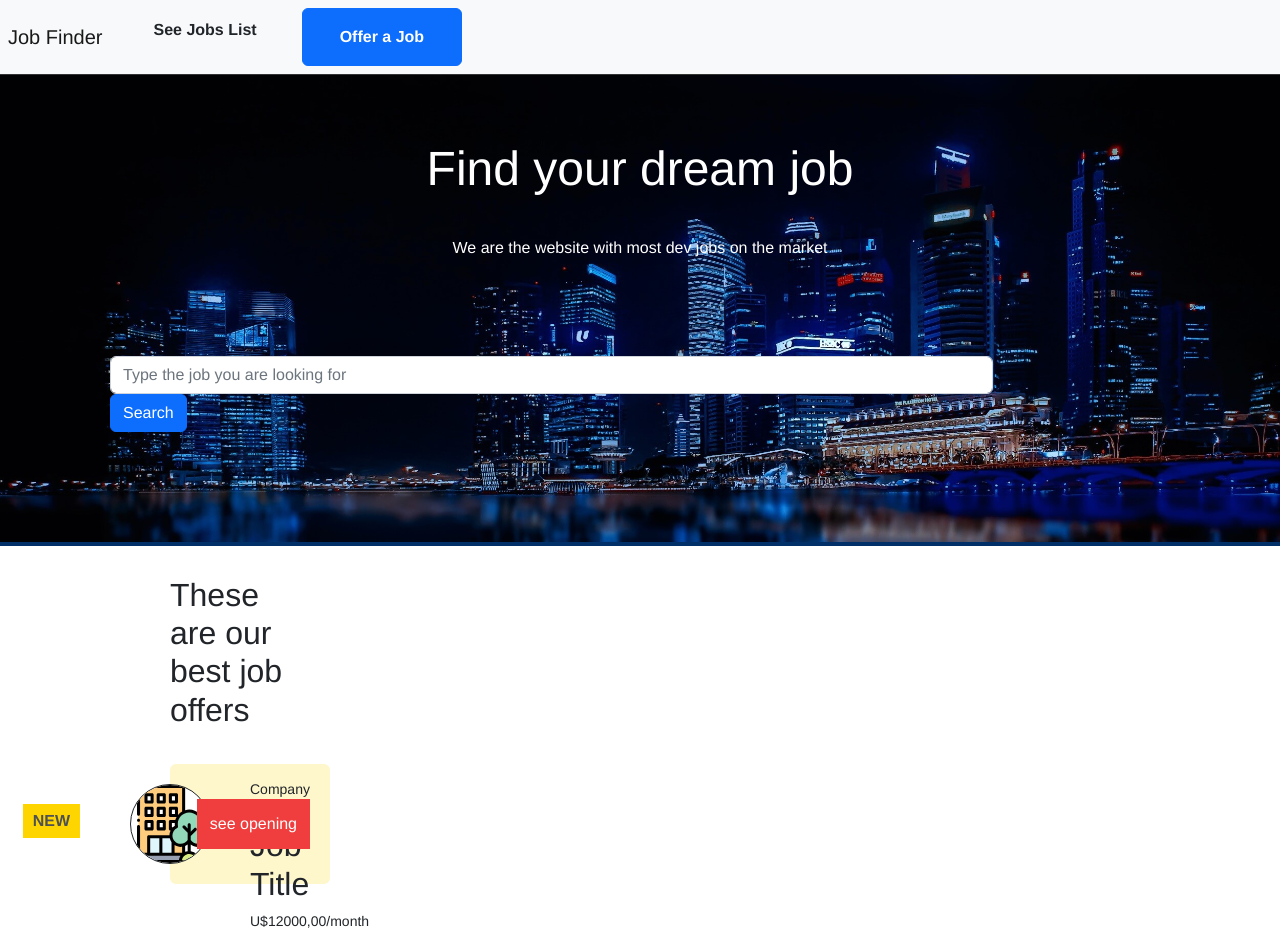
Repository: doncsar/couse-jobfinder-app
Page: templates/index.html
These files come from the project's save history. The page is drawn as it stood at one moment and after the next save; the edit follows.
The browser window is 1280 px wide. The pictures show the whole page.

Above is the page before, as saved 2023-12-20 19:19:13.

### templates/index.html
<!DOCTYPE html>
<html lang="en">
   <head>
      <meta charset="UTF-8" />
      <meta name="viewport" content="width=device-width, initial-scale=1.0" />
      <title>Job Finder</title>
      <link
         href="https://cdn.jsdelivr.net/npm/bootstrap@5.2.3/dist/css/bootstrap.min.css"
         rel="stylesheet"
         integrity="sha384-rbsA2VBKQhggwzxH7pPCaAqO46MgnOM80zW1RWuH61DGLwZJEdK2Kadq2F9CUG65"
         crossorigin="anonymous"
      />
      <link rel="stylesheet" href="../public/css/styles.css" />
   </head>
   <body>
      <header>
         <nav class="navbar fixed-top navbar-expand-lg navbar-light bg-light">
            <a href="index.html" class="navbar-brand">Job Finder</a>
            <button
               class="navbar-toggler"
               type="button"
               data-bs-toggle="collapse"
               data-bs-target="#navbarNav"
               aria-controls="navbarNav"
               aria-expanded="false"
               aria-label="Toggle navigation "
            >
               <span class="navbar-toggle-icon"></span>
            </button>
            <div
               class="collapse navbar-collapse justify-content-end"
               id="navbarNav"
            >
               <ul class="nav navbar-nav me-auto mb-2 mb-lg-0">
                  <li class="nav-item">
                     <a class="nav-link" href="index.html">See Jobs List</a>
                  </li>
                  <li class="nav-item btn btn-primary">
                     <a href="#" class="nav-link">Offer a Job</a>
                  </li>
               </ul>
            </div>
         </nav>
      </header>

      <div class="container-fluid" id="top-container">
         <h1 class="text-center" id="main-title">Find your dream job</h1>
         <p id="main-subtitle" class="text-center">
            We are the website with most dev jobs on the market
         </p>
         <form action="#" id="each-form" class="form-inline">
            <div class="form-group col-md-10">
               <input
                  type="text"
                  class="form-control"
                  id="job"
                  name="job"
                  placeholder="Type the job you are looking for"
               />
            </div>
            <div class="col-md-2">
               <button class="btn btn-primary" type="submit">Search</button>
            </div>
         </form>
      </div>
      <main>
         <div id="jobs-container" class="container">
            <div class="row">
               <div class="col-md-2">
                  <h2 id="job-list-title">These are our best job offers</h2>
                  <ul id="job-list" class="list-group">
                     <li class="new-job list-group-item">
                        <img
                           src="../public/img/company.svg"
                           alt="company brand"
                        />
                        <p>Company Name</p>
                        <h2>Job Title</h2>
                        <p>U$12000,00/month</p>
                        <span class="new-job-label">NEW</span>
                        <a href="#" class="btn btn-primary">see opening</a>
                     </li>
                  </ul>
               </div>
            </div>
         </div>
      </main>

      <script
         src="https://cdn.jsdelivr.net/npm/bootstrap@5.2.3/dist/js/bootstrap.bundle.min.js"
         integrity="sha384-kenU1KFdBIe4zVF0s0G1M5b4hcpxyD9F7jL+jjXkk+Q2h455rYXK/7HAuoJl+0I4"
         crossorigin="anonymous"
      ></script>
   </body>
</html>

### public/css/styles.css
* {
   box-sizing: border-box;
   font-family: Helvetica, sans-serif;
}

/* nav */
.navbar {
   padding: 0.5rem;
   border-bottom: 1px solid #333;
   display: flex;
   justify-content: space-around;
}

.navbar .nav-item a {
   color: #212529;

}

.navbar .btn a {
   color: #fff;
}

.nav-item {
   margin: 0 10px;
}

.navbar-expand-lg .navbar-nav .nav-link {
   padding: 10px 25px;
   font-weight: bold;
}

.navbar .nav-item .btn {
   color: #fff;
   background-color: #f03e3e;
   border: 1px solid transparent;
   border-radius: 0;
}

.nav-link.btn.btn-primary:hover,
#search-form button:hover,
.list-group-item a:hover,
#form-box button:hover {
   background-color: #fff;
   color: #f03e3e;
   border-color: #f03e3e;
}

/* banner */
#top-container {
   padding: 110px;
   background-color: #f7f9fc;
   border-bottom: 4px solid #013068;
   margin-bottom: 30px;
   background-image: url('../img/banner2.jpg');
   background-position: 0 100px;
   background-size: cover;
   color: #fff;
}

#main-title {
   padding: 30px 0;
   font-size: 3rem;
}

#main-subtitle {
   font-size: 1rem;
   padding-bottom: 80px;
}

/* form */

#search-form {
   padding: 30px 100px;
}

#search-form .col-md-10,
#search-form .col-md-2 {
   padding: 0;
}

#search-form input,
#search-form button {
   width: 100%;
   border-radius: 0;
   height: 50px;
   font-size: 18px;
}

#search-form button {
   color: #fff;
   background-color: #f03e3e;
   border: 1px solid transparent;
}

/* lista */

#jobs-container {
   padding: 0 100px;
   padding-bottom: 50px;
}

#job-list .list-group-item {
   margin-bottom: 8px;
   border: 1px solid #ccc;
   padding: 15px 80px;
   color: #212529;
   height: 120px;
}

#job-list .list-group-item p {
   font-size: 14px;
   margin-bottom: 5px;
}

#job-list .list-group-item.new-job {
   border: none;
   background-color: #fff7cc;
}

#job-list-title {
   margin-bottom: 35px;
}

.list-group-item img {
   width: 80px;
   border: 1px solid #212529;
   border-radius: 50%;
   background-color: #fff;
   position: absolute;
   left: -40px;
   top: calc(50% - 40px);
}

.list-group-item a {
   position: absolute;
   right: 20px;
   top: 35px;
   height: 50px;
   line-height: 35px;
   background-color: #f03e3e;
   border: 1px solid transparent;
   border-radius: 0;
   color: #fff;
}

.new-job-label {
   background-color: #ffd500;
   color: #4d5154;
   text-transform: uppercase;
   font-weight: bold;
   padding: 5px 10px;
   position: absolute;
   right: 250px;
   top: 40px;
   display: none;
}

.new-job .new-job-label {
   display: block;
}

/* add page */

#add-form-container {
   margin-top: 100px;
}

#form-box {
   padding: 50px;
   box-shadow: 0 1px 5px rgba(0, 0, 0, 0.15);
   border-radius: 4px;
   background-color: #fff;
   margin-bottom: 50px;
}

#add-form-container h1 {
   margin-bottom: 20px;
}

#add-form-container h2 {
   color: #f03e3e;
   font-weight: bold;
   font-size: 24px;
   margin-bottom: 30px;
}

#add-form-container form label {
   font-weight: bold;
}

#add-form-container form input,
#add-form-container form textarea {
   border: 2px solid #ccc;
   background-color: #f8f9fa;
}

#form-box button {
   height: 50px;
   width: 200px;
   background-color: #f03e3e;
   border: 1px solid transparent;
   border-radius: 0;
   margin-top: 20px;
}

/* job-view */

#job-view-container {
   margin-top: 100px;
}

#job-view-container h1 {
   margin-bottom: 30px;
}

#img-container {
   margin-top: 20px;
   margin-bottom: 30px;
}

#img-container img {
   width: 100px;
   border-radius: 50%;
   border: 1px solid #212529;
}

.job-desc {
   width: 60%;
   margin-left: auto;
   margin-right: auto;
}

.bold {
   font-weight: bold;
}

.main-color {
   color: #f03e3e;
}

.back-link {
   border: 1px solid #f03e3e;
   padding: 5px 10px;
   transition: 0.5s;
}

.back-link:hover {
   background-color: #f03e3e;
   color: #fff;
   text-decoration: none;
}

/* responsivo */

@media (max-width: 481px) {
   /* navbar */
   #navbarNav {
      text-align: center;
   }

   /* home */
   #top-container {
      padding: 50px;
      padding-top: 100px;
   }

   #main-title {
      font-size: 2.2rem;
   }

   #main-subtitle {
      font-size: 1.5rem;
   }

   #search-form {
      padding: 0;
   }

   #jobs-container {
      padding: 20px;
   }

   .list-group-item {
      padding: 15px 85px;
   }

   .list-group-item h2 {
      font-size: 1.2rem;
      width: 80%;
   }

   .list-group-item img {
      width: 50px;
      left: 15px;
      top: calc(50% - 25px);
   }

   .new-job .new-job-label {
      display: none;
   }

   /* job view*/

   .back-link {
      margin-left: 30px;
   }

   #job-view-container p {
      font-size: 1.3rem;
   }

   .job-desc {
      width: 80%;
   }

   /* add view */

   #form-box {
      padding: 25px;
   }

   #form-box h2 {
      font-size: 1rem;
      text-align: center;
   }

   #form-box button {
      width: 100%;
   }
}

After the next save:
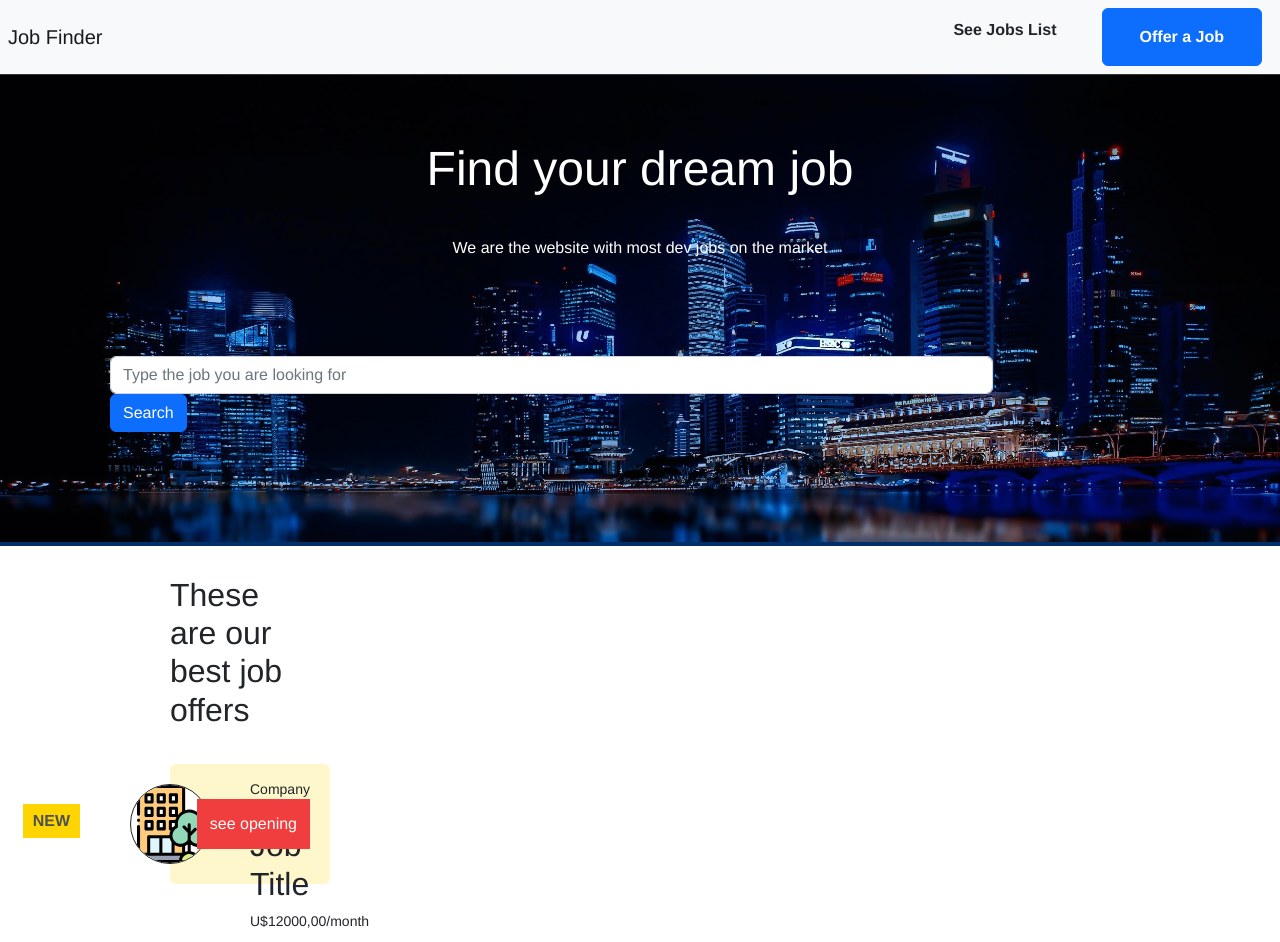
Saved 2 min 16 s later.
--- a/templates/index.html
+++ b/templates/index.html
@@ -31,7 +31,7 @@
                class="collapse navbar-collapse justify-content-end"
                id="navbarNav"
             >
-               <ul class="nav navbar-nav me-auto mb-2 mb-lg-0">
+               <ul class="nav navbar-nav mb-2 mb-lg-0">
                   <li class="nav-item">
                      <a class="nav-link" href="index.html">See Jobs List</a>
                   </li>

After the 2 saves that followed:
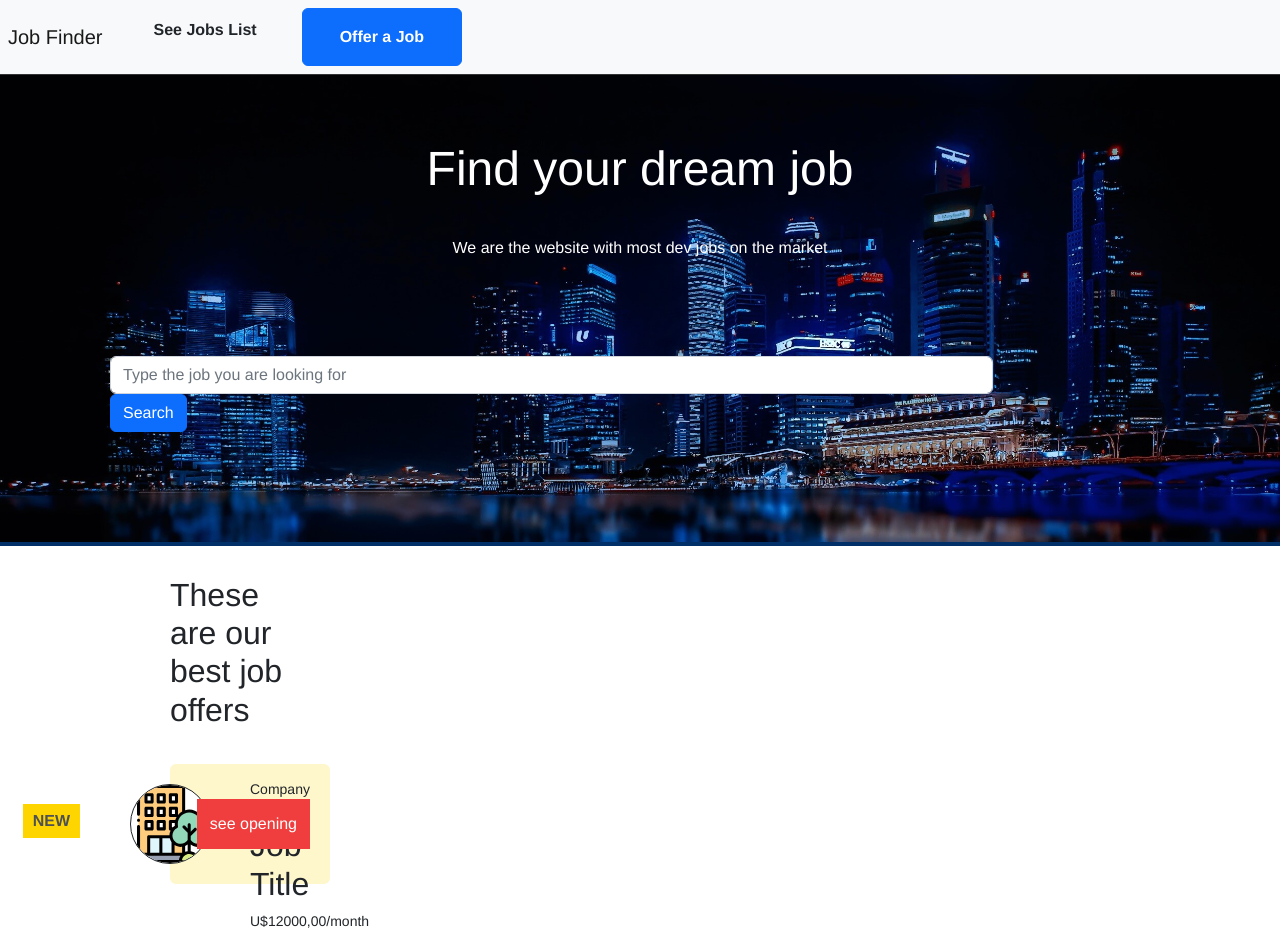
The 2 saves are shown as one change because 1 left the picture as it was.
The last was saved 2 min 0 s later.
--- a/templates/index.html
+++ b/templates/index.html
@@ -28,10 +28,10 @@
                <span class="navbar-toggle-icon"></span>
             </button>
             <div
-               class="collapse navbar-collapse justify-content-end"
+               class="collapse navbar-collapse "
                id="navbarNav"
             >
-               <ul class="nav navbar-nav mb-2 mb-lg-0">
+               <ul class="navbar-nav ml-auto">
                   <li class="nav-item">
                      <a class="nav-link" href="index.html">See Jobs List</a>
                   </li>
